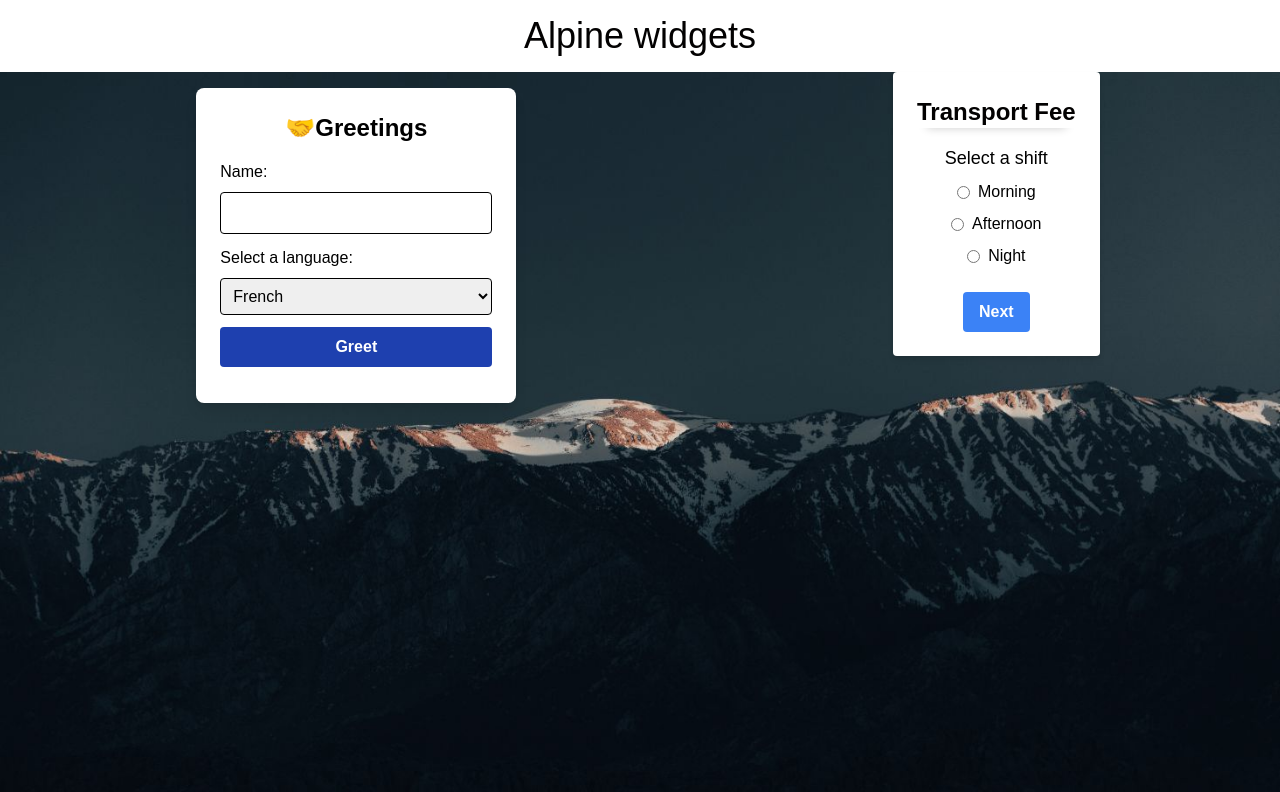
Repository: lasity34/alpine-bootcamp-widgets
Page: index.html
An editor plug-in stored every save of this project. The page is shown before and after the next save, followed by the edit.
The browser window is 1280 px wide. The pictures show the whole page.
Some web fonts or font styles are not loaded; a fallback is used. Some web libraries are served in a nearby version.

Above is the page before, as saved 2023-07-12 15:24:06.
Console error: ReferenceError: shift is not defined

### index.html
<!DOCTYPE html>
<html lang="en">
  <head>
    <meta charset="UTF-8" />
    <meta name="viewport" content="width=device-width, initial-scale=1.0" />
    <title>Alpine bootcamp widgets</title>
    <script src="https://unpkg.com/alpinejs@3.2.2" defer></script>

    <link
      href="https://cdn.jsdelivr.net/npm/tailwindcss@2.1.2/dist/tailwind.min.css"
      rel="stylesheet"
    />
    <link rel="preconnect" href="https://fonts.googleapis.com" />
    <link rel="preconnect" href="https://fonts.gstatic.com" crossorigin />
    <link
      href="https://fonts.googleapis.com/css2?family=Titillium+Web:ital@0;1&family=Tsukimi+Rounded:wght@300;400;500&display=swap"
      rel="stylesheet"
    />
    <link rel="stylesheet" href="./style.css" />
  </head>
  <body>
    <h1 class="text-4xl text-center mt-4 pb-4">Alpine widgets</h1>
    <div class="widget_container flex justify-around items-start h-screen">
      <section
        class="w-1/4 bg-white rounded-lg shadow-lg p-6 m-4"
        x-data="greet"
      >
        <h2 class="text-2xl text-center font-bold mb-4">🤝Greetings</h2>
        <p
          class="mt-3 text-red-600 text-xl text-center"
          x-text="notification"
          x-show.transition="showNotification"
          x-transition:leave="transition ease-in duration-1000"
          x-transition:leave-start="opacity-100"
          x-transition:leave-end="opacity-0"
        ></p>
        <div>
          <label>Name:</label>
          <input
            type="text"
            x-model="name"
            class="border border-black p-2 mt-2 rounded w-full"
          />

          <label class="mt-3 block">Select a language:</label>
          <select
            x-model="language"
            class="border border-black mt-2 p-2 rounded w-full"
          >
            <option value="French">French</option>
            <option value="English">English</option>
            <option value="Spanish">Spanish</option>
          </select>
          <div class="flex justify-center flex-col">
            <button
              @click="validateInput() & greeting()"
              class="text-center mt-3 bg-blue-800 hover:bg-blue-900 text-white font-bold py-2 px-4 rounded"
            >
              Greet
            </button>

            <p
              class="mt-3 text-purple-700 text-2xl text-center"
              x-text="message"
            ></p>
          </div>
        </div>
      </section>
      <section>
        <div
          x-data="transportFee"
          class="flex flex-col items-center bg-white p-6 rounded shadow-md"
        >
          <h1 class="text-2xl font-bold mb-4">Transport Fee</h1>

          <label class="text-lg mb-2">Select a shift</label>

          <div class="flex items-center mb-2">
            <input
              type="radio"
              id="morning"
              name="shift"
              x-model="shift"
              value="morning"
              class="mr-2"
            />
            <label for="morning">Morning</label>
          </div>

          <div class="flex items-center mb-2">
            <input
              type="radio"
              id="afternoon"
              name="shift"
              x-model="shift"
              value="afternoon"
              class="mr-2"
            />
            <label for="afternoon">Afternoon</label>
          </div>

          <div class="flex items-center mb-2">
            <input
              type="radio"
              id="night"
              name="shift"
              x-model="shift"
              value="night"
              class="mr-2"
            />
            <label for="night">Night</label>
          </div>

          <button
            @click="validate()"
            class="mt-4 bg-blue-500 hover:bg-blue-700 text-white font-bold py-2 px-4 rounded"
          >
            Next
          </button>
        </div>
      </section>
    </div>

    <script src="./greet.js"></script>
    <script src="./transportFee.js"></script>
  </body>
</html>

### style.css
body {


    font-family: 'Tsukimi Rounded', sans-serif;
}

h1 {
    box-shadow: 0 10px 10px -10px rgba(0,0,0,0.2);
    font-family: 'Tsukimi Rounded', sans-serif;
    color: #020101;
}

.widget_container {
    background-image: url(./background.jpg);
    background-repeat: no-repeat;
    background-size: cover;
    background-position: center;
}

### greet.js


function greet() {
  return {
    name: '',
    language: 'French',
    message: '',
    notification: '',
    showNotification: false,
    greeting() {
      if (!this.validateInput()) {
        return;
      }
      if (this.language === 'English') {
        this.message = `🇬🇧 Hello ${this.name} 🇬🇧`
      } else if (this.language === 'French') {
        this.message = `🇫🇷 Bonjour ${this.name} 🇫🇷`
      } else if (this.language === 'Spanish') {
        this.message = `🇪🇸 Hola ${this.name} 🇪🇸`
      }
      this.name = ''
    },
    validateInput() {
      let regex = /^[a-zA-Z]+$/;  // Regex for letters and spaces only
      if (!this.name) {
        this.notify('Please type in a name');
        return false;
      }
      if (!regex.test(this.name)) {
        this.notify('Please don\'t use special characters');
        this.name = ''
        return false;
      }

      return true;
    },
    notify(msg) {
      this.notification = msg;
      this.showNotification = true;
      setTimeout(() => this.showNotification = false, 3000);
    }
  }
}



document.addEventListener("alpine:init", () => {
    Alpine.data("greet", greet);
  });

### transportFee.js
function transportFee() {
    return {

    }
}




document.addEventListener("alpine:init", () => {
    Alpine.data("transportFee", transportFee);
  });

After the next save:
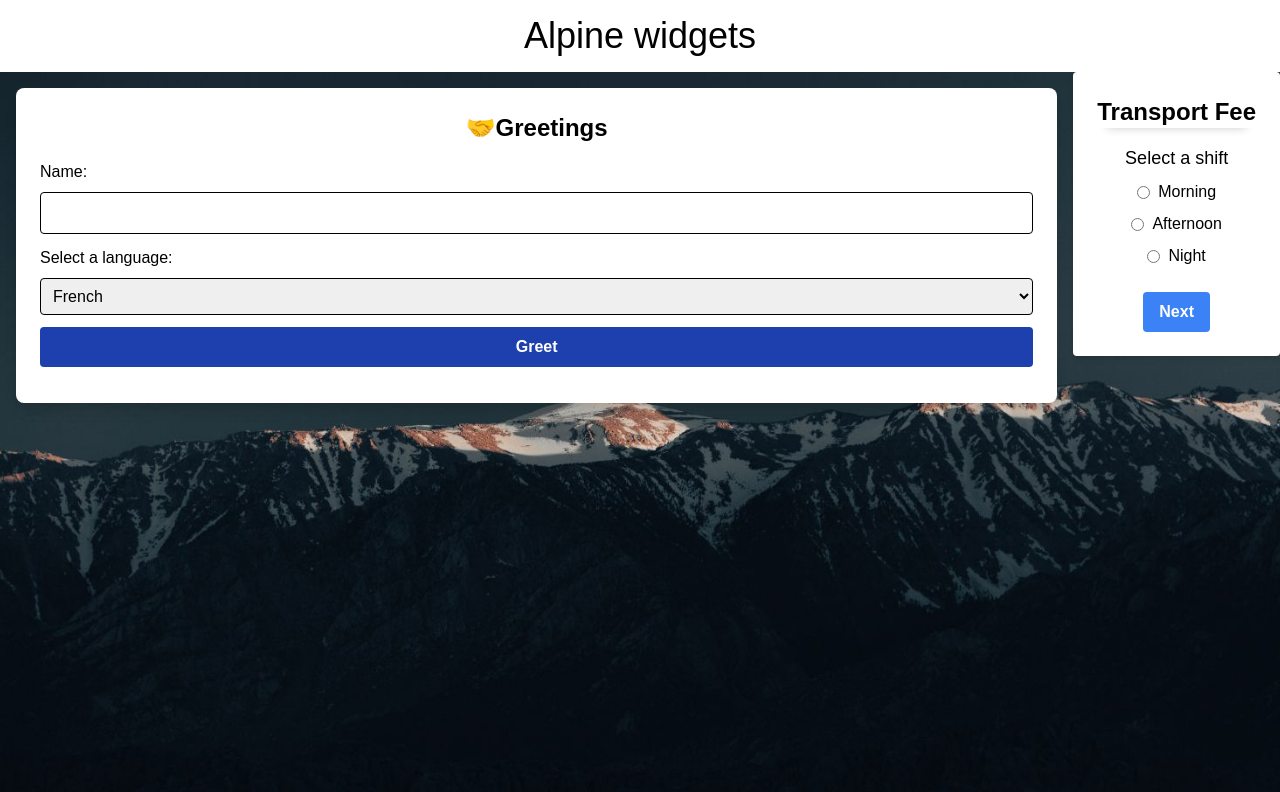
Saved 2 min 31 s later.
--- a/index.html
+++ b/index.html
@@ -22,7 +22,7 @@
     <h1 class="text-4xl text-center mt-4 pb-4">Alpine widgets</h1>
     <div class="widget_container flex justify-around items-start h-screen">
       <section
-        class="w-1/4 bg-white rounded-lg shadow-lg p-6 m-4"
+      class="flex-grow bg-white rounded-lg shadow-lg p-6 m-4"
         x-data="greet"
       >
         <h2 class="text-2xl text-center font-bold mb-4">🤝Greetings</h2>
